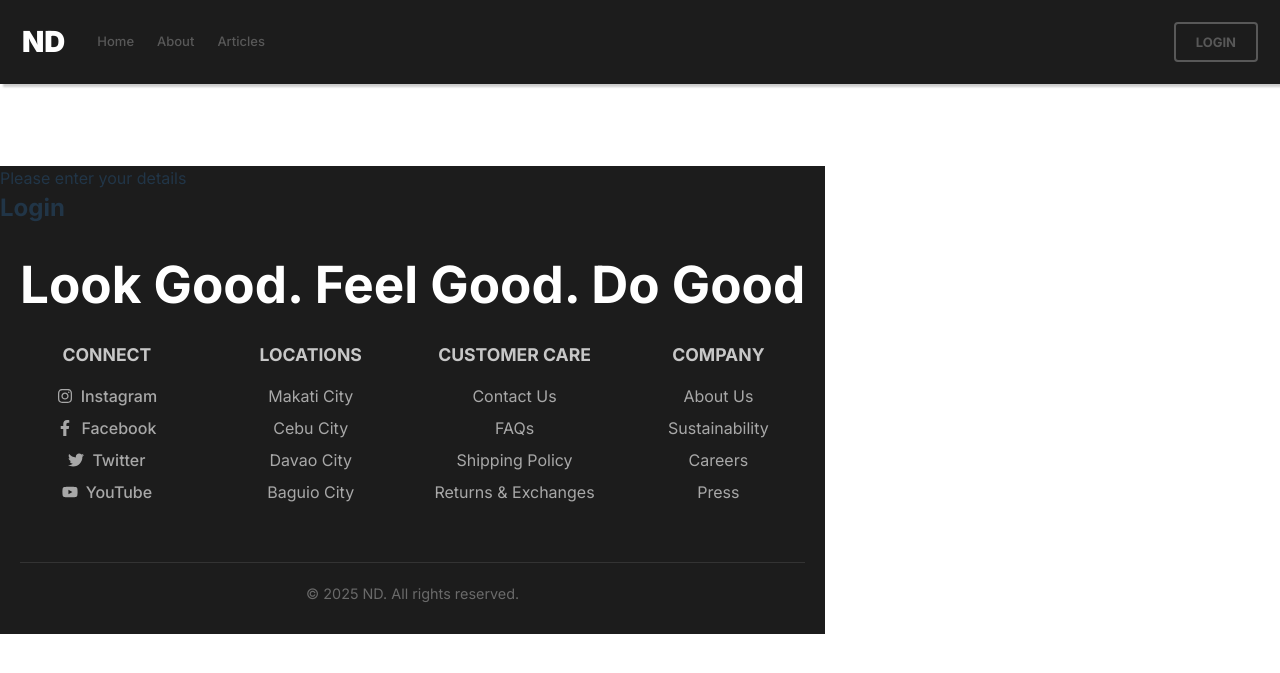
Repository: neomdavid/advancedwebprogramming
Page: /login
These files come from the project's save history. The page is drawn as it stood at one moment and after a run of saves; the edit follows.
The browser window is 1280 px wide. The pictures show the whole page.
The project was rebuilt for these pictures with package versions that can differ from the ones it lists, and the page was loaded fresh each time. Also part of the build but not shown: vite.config.js, src/styles/AboutPage.css, src/pages/AboutPAge.jsx, src/styles/ArticleList.css, src/article-content.js, src/components/ArticleList.jsx, src/pages/ArticleListPage.jsx, src/styles/ArticlePage.css and 6 more.

Above is the page before, as saved 2025-04-22 08:24:52.

After the next 2 saves:
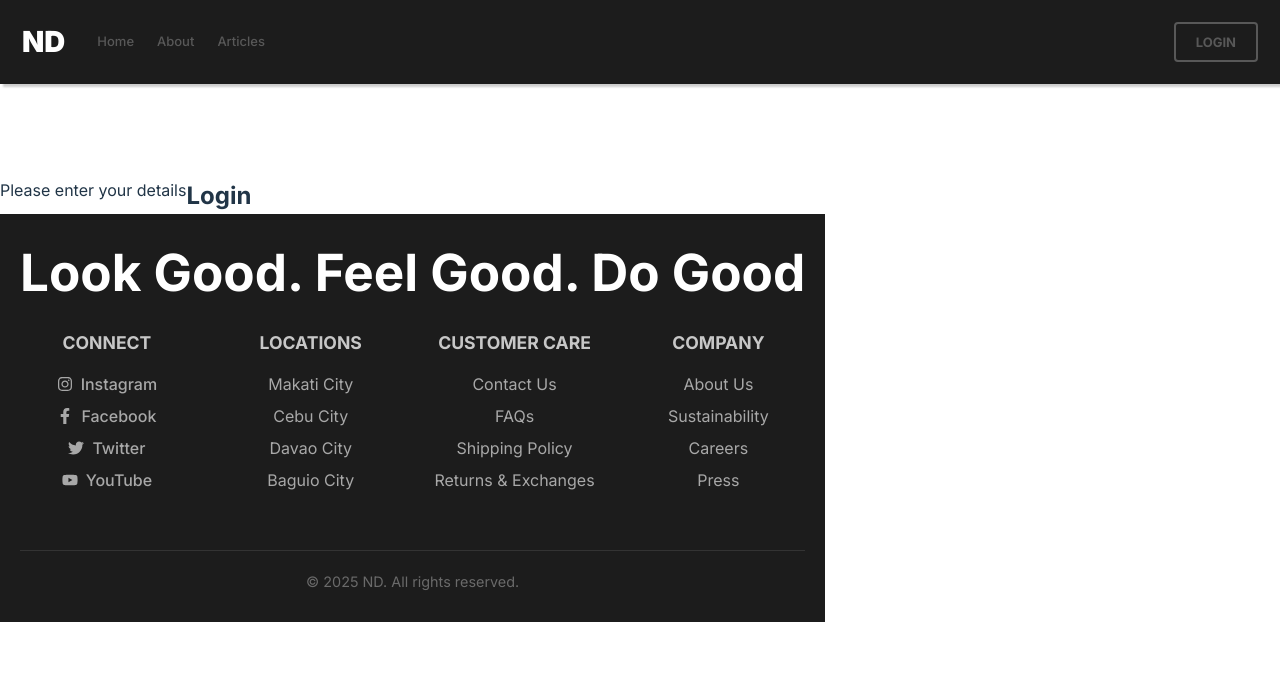
The 2 saves are shown as one change because 1 did not build or start.
The last was saved 13 s later.
--- a/src/pages/LoginPage.jsx
+++ b/src/pages/LoginPage.jsx
@@ -3,8 +3,10 @@ import "../styles/LoginPage.css";
 const LoginPage = () => {
   return (
     <main className="">
-      <p>Please enter your details</p>
-      <h2>Login</h2>
+      <div className="card">
+        <p>Please enter your details</p>
+        <h2>Login</h2>
+      </div>
     </main>
   );
 };
